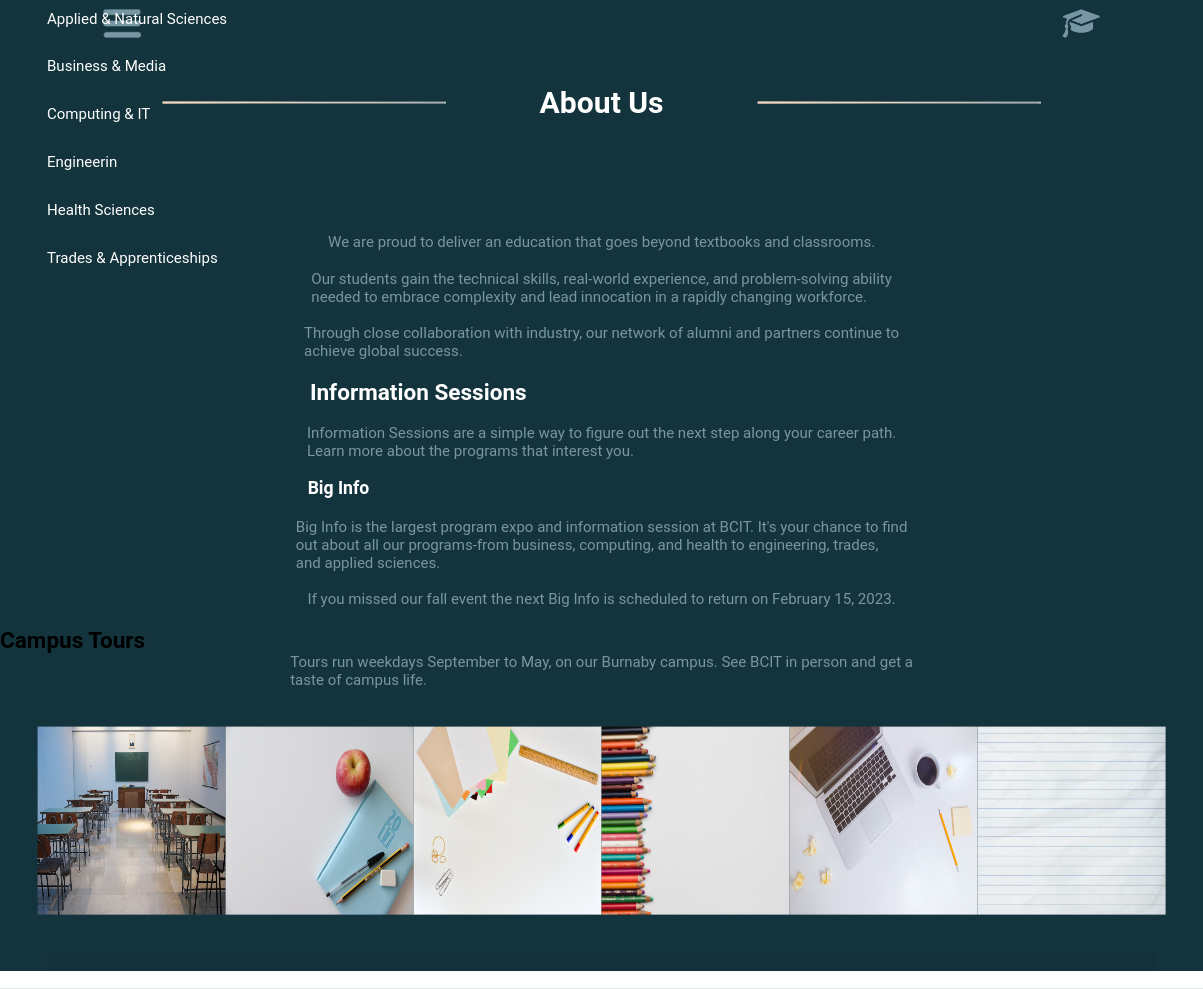
Repository: Sheraliramzan/Aly_A01253508_Assignment1
Page: /about
These files come from the project's save history. The page is drawn as it stood at one moment and after the next save; the edit follows.
The browser window is 1280 px wide. The pictures show the whole page, at 94% of full size.
The project was rebuilt for these pictures with package versions that can differ from the ones it lists, and the page was loaded fresh each time. The framework's server and built-in components were replaced by stand-ins that run in the browser. Also part of the build but not shown: next.config.js.

Above is the page before, as saved 2023-02-05 08:58:18.

### pages/about.js
import Head from 'next/head'
import Image from 'next/image'
import styles from '../styles/Home.module.css'
import dynamic from "next/dynamic";
import Nav from '../comp/nav/nav';


const About = () => {
  return (
    <>
      <Head>
        <title>About Us</title>
        <meta name="author" content="MDIA 2109" />
        <meta property="og:title" content= 'Assignment #1 - About Us Page'/>
        <meta property="og:description" content= "BCIT Digital Design and Development Diploma"/>
        <meta name="viewport" content="width=device-width, initial-scale=1" />
        <link rel="icon" href="/favicon.png" />
      </Head>
      <main className={styles.main}>
        <div className="aboutcont">
          <Nav/>
          <div>
              <div className='headcont1'>
                <hr className='hori'></hr>
                <h1 className='header'>About Us</h1>
                <hr className='hori1'></hr>
              </div>
              <div className='paracont'>
                <p className='para2'> We are proud to deliver an education that goes beyond textbooks
                  and classrooms.</p>
                <p className='para2'> Our students gain the technical skills, real-world experience,
                  and problem-solving ability <br /> needed to embrace complexity
                  and lead innocation in a rapidly changing workforce.</p>
                <p className='para2'>Through close collaboration with industry, our network of alumni
                  and partners continue to <br /> achieve global success.</p>
              </div>
                <h2 className='header2'> Information Sessions</h2>
                <p className='para3'> Information Sessions are a simple way to figure out the next
                  step along your career path. <br /> Learn more about the
                programs that interest you.</p>
                <h3 className='header3'>Big Info</h3>
              <p className='para3'> Big Info is the largest program expo and information session at
                BCIT. It's your chance to find <br /> out about all our
                programs-from business, computing, and health to engineering,
                trades,
                <br /> and applied sciences.
              </p>
              <p className='para3'>If you missed our fall event the next Big Info is scheduled to
                return on February 15, 2023.
              </p>
              <h2 className="header4">Campus Tours</h2>
              <p className='para3'>  Tours run weekdays September to May, on our Burnaby campus. See
                BCIT in person and get a <br /> taste of campus life.</p>
          </div>
          <div>
            <div id="carouselImage">
                <Image src={"/0.jpg"} width={200} height={200}></Image>
                <Image src={"/1.jpg"} width={200} height={200}></Image>
                <Image src={"/2.jpg"} width={200} height={200}></Image>
                <Image src={"/3.jpg"} width={200} height={200}></Image>
                <Image src={"/4.jpg"} width={200} height={200}></Image>
                <Image src={"/5.jpg"} width={200} height={200}></Image>
            </div >
                  <div id="testOnImageHere">
                    <ul >
                      <li>Applied & Natural Sciences</li>
                      <li>Business & Media</li>
                      <li>Computing & IT</li>
                      <li>Engineerin</li>
                      <li>Health Sciences</li>
                      <li>Trades & Apprenticeships</li>
                    </ul>
                  </div>
          </div>
        </div>
        <a>
            <span>
                <img></img>
                <img></img>
            </span>
        </a>
      </main>
    </>
  )
}
export default dynamic (() => Promise.resolve(About), {ssr: false})

### styles/globals.css


* {
  box-sizing: border-box;
  padding: 0;
  margin: 0;
}

html,
body {
  margin: 0;
  padding: 0;
  font-family: "Roboto", sans-serif;
  scrollbar-width: none;

}
.menuimg{
  margin-left: 100px;
}
.gardimg{
  margin-right: 100px;
}
.navcont {
  display: flex;
  align-items: center;
  justify-content: space-between;
  padding: 10px;
}
.menucont{
  position: absolute;
  top: 0rem;
  left: 4rem;
}
a{
  color: var(--primary-color);
  text-decoration: none;
}

ul {
  display: flex;
  flex-direction: column;
  position: absolute;
  top: 10px;
  left: 50px;
  gap: 2rem;
  text-decoration: none;
}

ul > li {
  list-style-type: none;
  text-decoration: none;
  color: var(--primary-color);
}
.listcont{
  position: absolute;
  display: flex;
  align-items: flex-start;
  left: 3rem;
  top: 3rem;
}

.btncont {
  display: flex;
}

.close {
  background-color: transparent;
  border: none;
  font-size: larger;
  color: var(--primary-color);
}

.fullcont{
  width: 100vw;
  height: 100vh;
  background-image: url("/background-images/backgroundMountain.jpg");
  background-size: cover;
}
.but1{
  margin: 2px;
  padding: 5px 15px;
  background: none;
  border: 1px solid var(--primary-color);
  border-radius: 5px;
  color:var(--primary-color) ;
}
.butcont{
 margin-left: 250px;
}

.but1:hover{
  background-color: var( --primary-color);
  color: var(--quinary-color);
}
.downarrow{
  position: relative;
  left: 650px;
  top:50px;
}
.headcont{
  display: flex;
  flex-direction: column;
  width: 25%;
  margin-top: 320px;
  margin-left: 250px;
}
.headhome{
  color: var(--primary-color);
  font-size: 25px;
  margin-bottom: 10px;
}
.horidiv{
  width: 60%;
  border: 1px solid var(--secondary-color);
  margin-bottom: 10px;
}
.para1{
  color: var(--primary-color);
  font-size:12px;
  width: 100%;
  opacity: 0.8;
}
.aboutcont{
  width: 100%;
  background-color: var( --quaternary-color);
  justify-content: center;
}
.hori{
  border-left: 300px solid var(--secondary-color);
  width: 100px;
  height: 1px;
  margin-right: 100px;
}
.hori1{
  border-left: 300px solid var(--secondary-color);
  width: 100px;
  height: 1px;
  margin-left: 100px;
}
.headcont1{
  text-align: center;
  margin-top: 40px;
  display: flex;
  justify-content: center;
  align-items: center;
}
.header{
  color: var(--primary-color);
}
.paracont{
  display: flex;
  flex-direction: column;
  color: var(--ternary-color);
  justify-content: center;
  align-items: center;
  margin-top: 100px;

}
.para2{
  margin-top: 20px;
}
.header2{
  display: flex;
  flex-direction: column;
  align-items: center;
  margin-right: 390px;
  margin-top: 20px;
  margin-bottom: 20px;
  color: var(--primary-color);
}
.header3{
  display: flex;
  flex-direction: column;
  align-items: center;
  margin-right: 560px;
  margin-top: 20px;
  margin-bottom: 20px;
  color: var(--primary-color);
}
.header4{

}
.para3{
  color: var(--ternary-color);
  display: flex;
  align-items: center;
  justify-content: center;
  margin-bottom: 20px;
}
#carouselImage{
  height: 200px;
  background-repeat: no-repeat;
  background-size: cover;
  display: flex;
  justify-content: center;
  align-items: center;
  margin: 40px 0px;
}
#testOnImageHere{
  background-color: rgba(16, 46, 53, 0.5);
  padding: 10px;
  margin: 0px 50px;
}

### styles/variables.css
:root{
    --primary-color:#fff;
    --secondary-color:#f4d6b9;
    --ternary-color: #7796a4;
    --quaternary-color:#14343d;
    --quinary-color:rgba(16,46,53,0.5);
}

### styles/Home.module.css
.main {
  display: flex;
  flex-direction: column;
  justify-content: space-between;
  align-items: center;
}

### comp/nav/nav.js
import Head from 'next/head'
import Image from 'next/image'
import { useState } from 'react'
import { useRouter } from 'next/router'
import Link from 'next/link'

export default function Nav(){
    const [isMenuOpen, setIsMenuOpen] = useState(false);
  const handleClick = () => {
    setIsMenuOpen(!isMenuOpen);
  };
  const router = useRouter();
    return (
    <>
        <div className="navcont">
              <Image alt='menu' className='menuimg'
                src={"/icons/menu-icon.png"}
                width={40}
                height={30}
                onClick={handleClick}
              />
              <Image alt='grad' className='gardimg' src={"/icons/graduation-hat.png"} width={40} height={30} />
          </div>
          {isMenuOpen && (
            <div className="menucont">
              <div className="listcont">
                <div className="btncont">
                  <button className="close" onClick={handleClick}>
                    X
                  </button>
                </div>
                <div>
                  <ul>
                    <li>
                      <a href="#">Home</a>
                    </li>
                    <li>
                      <a href="/about">About</a>
                    </li>
                    <li>
                      <a href="/contact">Contact</a>
                    </li>
                  </ul>
                </div>
              </div>
              <Image alt='bar'
                src={"/background-images/menuBackground.png"}
                width={240}
                height={240}
              />
            </div>
          )}
    </>
    )
}

Loaded but not shown: pages/_app.js (common file); pages/_document.js (common file)

After the next save:
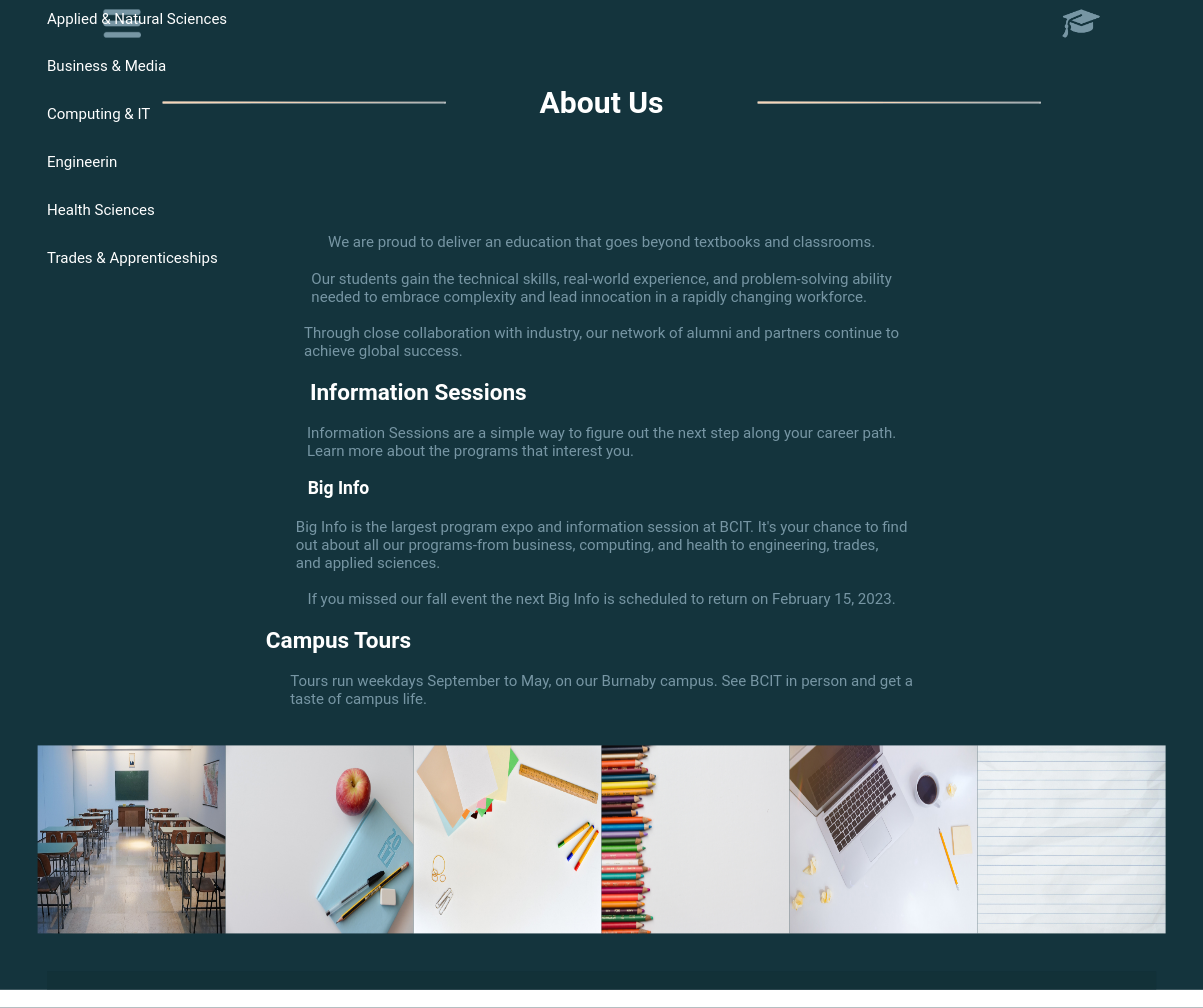
Saved 7 s later.
--- a/styles/globals.css
+++ b/styles/globals.css
@@ -178,7 +178,13 @@ ul > li {
   color: var(--primary-color);
 }
 .header4{
-
+  display: flex;
+  flex-direction: column;
+  align-items: center;
+  margin-right: 560px;
+  margin-top: 20px;
+  margin-bottom: 20px;
+  color: var(--primary-color);
 }
 .para3{
   color: var(--ternary-color);
